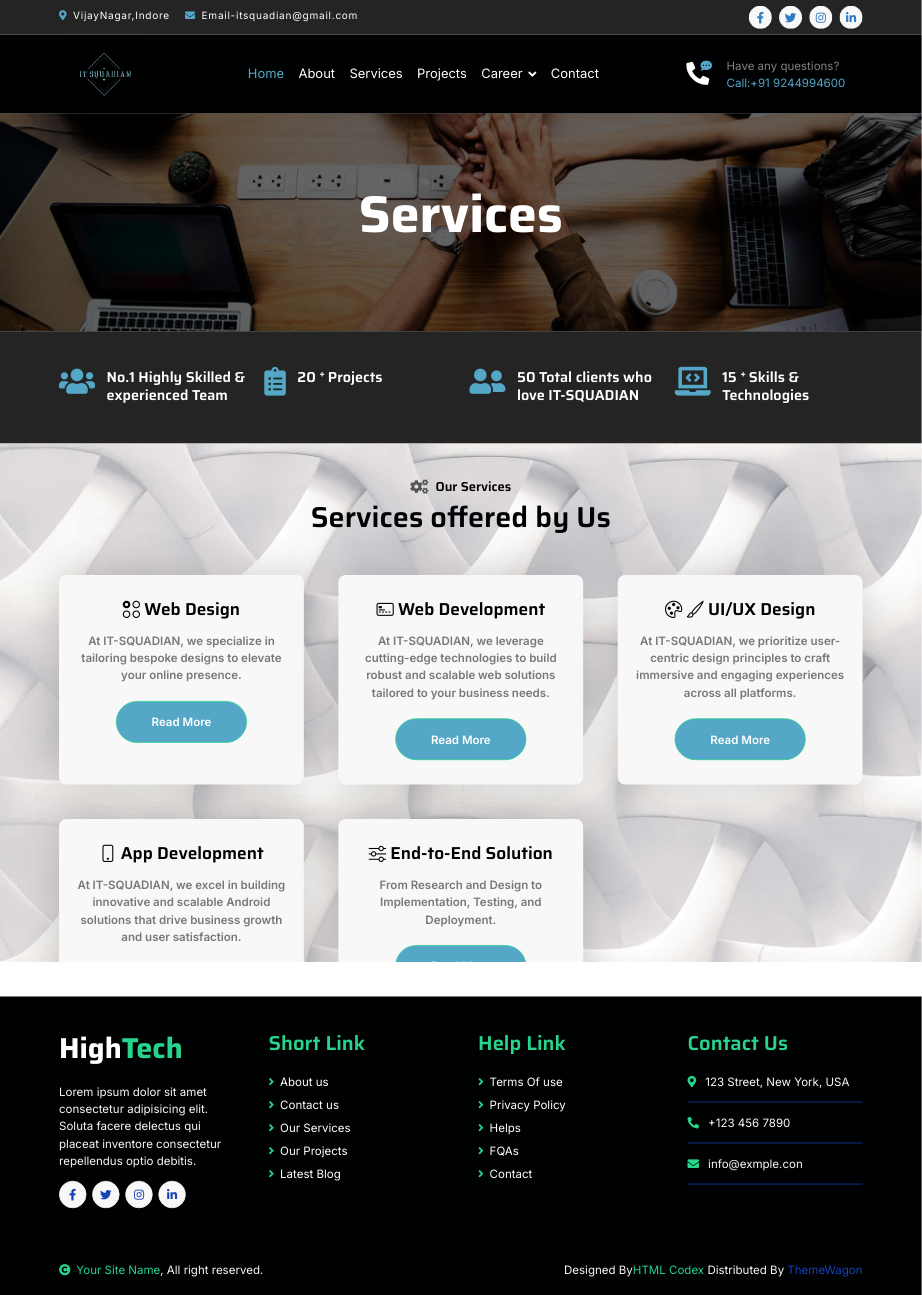
Repository: itsquadian/IT-SQUADIAN
Page: service.html
These files come from the project's save history. The page is drawn as it stood at one moment and after the next save; the edit follows.
The browser window is 1280 px wide. The pictures show the whole page, at 72% of full size.
An inner scrolling area shows only its first screen. Backgrounds fixed to the window are drawn as part of the page. Some web libraries are served in a nearby version.

Above is the page before, as saved 2024-04-13 18:40:21.

### service.html
<!DOCTYPE html>
<html lang="en">

    <head>
        <meta charset="utf-8">
        <title>HighTech - IT Solutions Website Template</title>
        <meta content="width=device-width, initial-scale=1.0" name="viewport">
        <meta content="" name="keywords">
        <meta content="" name="description">

        <!-- Google Web Fonts -->
        <link rel="preconnect" href="https://fonts.googleapis.com">
        <link rel="preconnect" href="https://fonts.gstatic.com" crossorigin>
        <link href="https://fonts.googleapis.com/css2?family=Inter:wght@400;500;600&family=Saira:wght@500;600;700&display=swap" rel="stylesheet">

        <!-- Icon Font Stylesheet -->
        <link href="https://cdnjs.cloudflare.com/ajax/libs/font-awesome/5.10.0/css/all.min.css" rel="stylesheet">
        <link href="https://cdn.jsdelivr.net/npm/bootstrap-icons@1.4.1/font/bootstrap-icons.css" rel="stylesheet">

        <!-- Libraries Stylesheet -->
        <link href="lib/animate/animate.min.css" rel="stylesheet">
        <link href="lib/owlcarousel/assets/owl.carousel.min.css" rel="stylesheet">

        <!-- Customized Bootstrap Stylesheet -->
        <link href="css/bootstrap.min.css" rel="stylesheet">

        <!-- Template Stylesheet -->
        <link href="css/style.css" rel="stylesheet">
    </head>

    <body>
       <!-- Spinner Start -->
       <div id="spinner" class="show position-fixed translate-middle w-100 vh-100 top-50 start-50 d-flex align-items-center justify-content-center">
        <div class="spinner-grow text-primary" role="status"></div>
    </div>
    <!-- Spinner End -->

    <!-- Topbar Start -->
    <div class="container-fluid  py-2 d-none d-md-flex" style="background-color: rgb(36, 36, 36);">
        <div class="container">
            <div class="d-flex justify-content-between topbar">
                <div class="top-info">
                    <small class="me-3 text-white"><a href="#"><i class="fas fa-map-marker-alt me-2 "style="color: #54a7c6 ;"></i></a>VijayNagar,Indore </small>
                    <small class="me-3 text-white"><a href="#"><i class="fas fa-envelope me-2 " style="color: #54a7c6 ;"></i></a>Email-itsquadian@gmail.com</small>
                </div>
                <div id="note" class="d-none d-xl-flex" style="color: #54a7c6 ;
                ;"><small>
                    "Note: Actively Hiring for Training and Internship"</small></div>
                <div class="top-link">
                    <a href="" class="bg-light nav-fill btn btn-sm-square rounded-circle"><i class="fab fa-facebook-f "style="color:#2d7cc4;
                        "></i></a>
                    <a href="" class="bg-light nav-fill btn btn-sm-square rounded-circle"><i class="fab fa-twitter "style="color: #2d7cc4;
                        "></i></a>
                    <a href="" class="bg-light nav-fill btn btn-sm-square rounded-circle"><i class="fab fa-instagram "style="color:#2d7cc4;
                        "></i></a>
                    <a href="" class="bg-light nav-fill btn btn-sm-square rounded-circle me-0"><i class="fab fa-linkedin-in "style="color: #2d7cc4;
                        "></i></a>
                </div>
            </div>
        </div>
    </div>
    <!-- Topbar End -->

    <!-- Navbar Start -->
    <div class="container-fluid bg-dark">
        <div class="container">
            <nav class="navbar navbar-dark navbar-expand-lg py-0">
                <a href="index.html" class="navbar-brand">
                    <img src="./img/logo.png" alt="" style="height: 100px">
                    <!-- <h1 class="text-white fw-bold d-block">IT-<span class="text-secondary">Squadian</span> </h1> -->
                </a>
                <button type="button" class="navbar-toggler me-0" data-bs-toggle="collapse" data-bs-target="#navbarCollapse">
                    <span class="navbar-toggler-icon"></span>
                </button>
                <div class="collapse navbar-collapse bg-transparent" id="navbarCollapse">
                    <div class="navbar-nav ms-auto mx-xl-auto p-0">
                        <a href="index.html" class="nav-item nav-link active" style="color: #54a7c6">Home</a>
                        <a href="about.html" class="nav-item nav-link">About</a>
                        <a href="service.html" class="nav-item nav-link">Services</a>
                        <a href="project.html" class="nav-item nav-link">Projects</a>
                        <div class="nav-item dropdown">
                            <a href="#" class="nav-link dropdown-toggle" data-bs-toggle="dropdown">Career</a>
                            <div class="dropdown-menu rounded">
                                <a href="blog.html" class="dropdown-item">Jobs</a>
                                <a href="team.html" class="dropdown-item">Internship</a>
                                <!-- <a href="testimonial.html" class="dropdown-item">Testimonial</a> -->
                                <!-- <a href="404.html" class="dropdown-item">404 Page</a> -->
                            </div>
                        </div>
                        <a href="contact.html" class="nav-item nav-link">Contact</a>
                    </div>
                </div>
                <div class="d-none d-xl-flex flex-shirink-0">
                    <div id="phone-tada" class="d-flex align-items-center justify-content-center me-4">
                        <a href="" class="position-relative animated tada infinite">
                            <i class="fa fa-phone-alt text-white fa-2x"></i>
                            <div class="position-absolute" style="top: -7px; left: 20px;">
                                <span><i class="fa fa-comment-dots "style="color: #54a7c6 "></i></span>
                            </div>
                        </a>
                    </div>
                    <div class="d-flex flex-column pe-4 ">
                        <span class="text-white-50">Have any questions?</span>
                        <span class="" style="color: #54a7c6 ">Call:+91 9244994600</span>
                    </div>
                    <!-- <div class="d-flex align-items-center justify-content-center ms-4 ">
                        <a href="#"><i class="bi bi-search text-white fa-2x"></i> </a>
                    </div> -->
                </div>
            </nav>
        </div>
    </div>
<!-- Navbar End -->


<!-- Page Header Start -->
<div class="container-fluid page-header py-5">
    <div class="container text-center py-5">
        <h1 class="display-2 text-white mb-4 animated slideInDown">Services</h1>
        <nav aria-label="breadcrumb animated slideInDown">
            <!-- <ol class="breadcrumb justify-content-center mb-0">
                <li class="breadcrumb-item"><a href="#">Home</a></li>
                <li class="breadcrumb-item"><a href="#">Pages</a></li>
                <li class="breadcrumb-item" aria-current="page">About</li>
            </ol> -->
        </nav>
    </div>
</div>
<!-- Page Header End -->


<!-- Fact Start -->
<div class="container-fluid  py-5" style="background-color: rgb(36, 36, 36)">
    <div class="container">
        <div class="row">
            <div class="col-lg-3 wow fadeIn" data-wow-delay=".1s">
                <div class="d-flex counter">
                    <h1 class="me-3" style="color: #54a7c6;"><i class="fas fa-users"></i></h1>

                    <h5 class="text-white mt-1">No.1 Highly Skilled & experienced  Team</h5>
                </div>
            </div>
            <div class="col-lg-3 wow fadeIn" data-wow-delay=".3s">
                <div class="d-flex counter">
                    <h1 class="me-3" style="color: #54a7c6;"><i class="fas fa-clipboard-list"></i></h1>
                    <h5 class="text-white mt-1">20 <sup> + </sup>Projects</h5>
                </div>
            </div>
            <div class="col-lg-3 wow fadeIn" data-wow-delay=".5s">
                <div class="d-flex counter">
                    <h1 class="me-3 " style="color: #54a7c6;"><i class="fas fa-user-friends"></i></h1>

                    <h5 class="text-white mt-1">50 Total clients who love IT-SQUADIAN</h5>
                </div>
            </div>
            <div class="col-lg-3 wow fadeIn" data-wow-delay=".7s">
                <div class="d-flex counter">
                    <h1 class="me-3 " style="color: #54a7c6;"><i class="fas fa-laptop-code"></i></h1>
                    <h5 class="text-white mt-1">15 <sup> + </sup>Skills & Technologies</h5>
                </div>
            </div>
        </div>
    </div>
</div>
<!-- Fact End -->

        <!-- Services Start -->
    <div class="container-fluid services py-5 mb-5" id="services-section">
        <!--
        <div class="container-fluid services py-5 mb-5"> -->
        <div class="container">
            <div class="text-center mx-auto pb-5 wow fadeIn" data-wow-delay=".3s" style="max-width: 600px;">
                <h5 class="text-dark"><i class="fas fa-cogs"></i> Our Services</h5>

                <h1>Services offered by Us</h1>
            </div>
            <div class="row g-5 services-inner">
                <div class="col-md-6 col-lg-4 wow fadeIn" data-wow-delay=".3s">
                    <div class="services-item bg-light">
                        <div class="p-4 text-center services-content">
                            <div class="services-content-icon">

                                <h4 class="mb-3"> <i class="bi bi-ui-radios-grid"></i> Web Design</h4>
                                <p class="mb-4"> <b> At IT-SQUADIAN, we specialize in tailoring bespoke designs to
                                        elevate your online presence.</b></p>
                                <a href="" class="btn btn-secondary text-white px-5 py-3 rounded-pill"
                                    style="background-color: #54a7c6;">Read More</a>
                            </div>
                        </div>
                    </div>
                </div>
                <div class="col-md-6 col-lg-4 wow fadeIn" data-wow-delay=".5s">
                    <div class="services-item bg-light">
                        <div class="p-4 text-center services-content">
                            <div class="services-content-icon">

                                <h4 class="mb-3"><i class="bi bi-credit-card-2-front"></i> Web Development</h4>
                                <p class="mb-4"><b>At IT-SQUADIAN, we leverage cutting-edge technologies to build robust
                                        and scalable web solutions tailored to your business needs.</b></p>
                                <a href="" class="btn btn-secondary text-white px-5 py-3 rounded-pill"
                                    style="background-color: #54a7c6;">Read More</a>
                            </div>
                        </div>
                    </div>
                </div>
                <div class="col-md-6 col-lg-4 wow fadeIn" data-wow-delay=".7s">
                    <div class="services-item bg-light">
                        <div class="p-4 text-center services-content">
                            <div class="services-content-icon">

                                <h4 class="mb-3"><i class="bi bi-palette"></i> <i class="bi bi-brush"></i> UI/UX Design
                                </h4>
                                <p class="mb-4"><b>At IT-SQUADIAN, we prioritize user-centric design principles to craft
                                        immersive and engaging experiences across all platforms.</b></p>
                                <a href="" class="btn btn-secondary text-white px-5 py-3 rounded-pill"
                                    style="background-color: #54a7c6;">Read More</a>
                            </div>
                        </div>
                    </div>
                </div>
                <div class="col-md-6 col-lg-4 wow fadeIn" data-wow-delay=".3s">
                    <div class="services-item bg-light">
                        <div class="p-4 text-center services-content">
                            <div class="services-content-icon">
                                <h4 class="mb-3"><i class="bi bi-phone"></i> App Development</h4>
                                <p class="mb-4"><b>At IT-SQUADIAN, we excel in building innovative and scalable Android
                                        solutions that drive business growth and user satisfaction.</b></p>
                                <a href="" class="btn btn-secondary text-white px-5 py-3 rounded-pill"
                                    style="background-color: #54a7c6;">Read More</a>
                            </div>

                        </div>
                    </div>
                </div>
                <div class="col-md-6 col-lg-4 wow fadeIn" data-wow-delay=".5s">
                    <div class="services-item bg-light">
                        <div class="p-4 text-center services-content">
                            <div class="services-content-icon">
                                <h4 class="mb-3"> <i class="bi bi-sliders"></i> End-to-End Solution</h4>
                                <p class="mb-4"><b> From Research and Design to Implementation, Testing, and
                                        Deployment.</b></p>
                                <a href="" class="btn btn-secondary text-white px-5 py-3 rounded-pill"
                                    style="background-color: #54a7c6;">Read More</a>
                            </div>
                        </div>
                    </div>
                </div>
                <!-- <div class="col-md-6 col-lg-4 wow fadeIn" data-wow-delay=".7s">
                        <div class="services-item bg-light">
                            <div class="p-4 text-center services-content">
                                <div class="services-content-icon">
                                    <i class="fas fa-laptop fa-7x mb-4 "  style="color: #54a7c6;"></i>
                                    <h4 class="mb-3">Programming</h4>
                                    <p class="mb-4">Lorem ipsum dolor sit amet elit. Sed efficitur quis purus ut interdum. Aliquam dolor eget urna ultricies tincidunt.</p>
                                    <a href="" class="btn btn-secondary text-white px-5 py-3 rounded-pill" style="background-color: #54a7c6;">Read More</a>
                                </div>
                            </div>
                        </div>
                    </div> -->
            </div>
        </div>
    </div>
    </div>
    <!-- Services End -->


        <!-- Footer Start -->
         <div class="container-fluid footer bg-dark wow fadeIn" data-wow-delay=".3s">
            <div class="container pt-5 pb-4">
                <div class="row g-5">
                    <div class="col-lg-3 col-md-6">
                        <a href="index.html">
                            <h1 class="text-white fw-bold d-block">High<span class="text-secondary">Tech</span> </h1>
                        </a>
                        <p class="mt-4 text-light">Lorem ipsum dolor sit amet consectetur adipisicing elit. Soluta facere delectus qui placeat inventore consectetur repellendus optio debitis.</p>
                        <div class="d-flex hightech-link">
                            <a href="" class="btn-light nav-fill btn btn-square rounded-circle me-2"><i class="fab fa-facebook-f text-primary"></i></a>
                            <a href="" class="btn-light nav-fill btn btn-square rounded-circle me-2"><i class="fab fa-twitter text-primary"></i></a>
                            <a href="" class="btn-light nav-fill btn btn-square rounded-circle me-2"><i class="fab fa-instagram text-primary"></i></a>
                            <a href="" class="btn-light nav-fill btn btn-square rounded-circle me-0"><i class="fab fa-linkedin-in text-primary"></i></a>
                        </div>
                    </div>
                    <div class="col-lg-3 col-md-6">
                        <a href="#" class="h3 text-secondary">Short Link</a>
                        <div class="mt-4 d-flex flex-column short-link">
                            <a href="" class="mb-2 text-white"><i class="fas fa-angle-right text-secondary me-2"></i>About us</a>
                            <a href="" class="mb-2 text-white"><i class="fas fa-angle-right text-secondary me-2"></i>Contact us</a>
                            <a href="" class="mb-2 text-white"><i class="fas fa-angle-right text-secondary me-2"></i>Our Services</a>
                            <a href="" class="mb-2 text-white"><i class="fas fa-angle-right text-secondary me-2"></i>Our Projects</a>
                            <a href="" class="mb-2 text-white"><i class="fas fa-angle-right text-secondary me-2"></i>Latest Blog</a>
                        </div>
                    </div>
                    <div class="col-lg-3 col-md-6">
                        <a href="#" class="h3 text-secondary">Help Link</a>
                        <div class="mt-4 d-flex flex-column help-link">
                            <a href="" class="mb-2 text-white"><i class="fas fa-angle-right text-secondary me-2"></i>Terms Of use</a>
                            <a href="" class="mb-2 text-white"><i class="fas fa-angle-right text-secondary me-2"></i>Privacy Policy</a>
                            <a href="" class="mb-2 text-white"><i class="fas fa-angle-right text-secondary me-2"></i>Helps</a>
                            <a href="" class="mb-2 text-white"><i class="fas fa-angle-right text-secondary me-2"></i>FQAs</a>
                            <a href="" class="mb-2 text-white"><i class="fas fa-angle-right text-secondary me-2"></i>Contact</a>
                        </div>
                    </div>
                    <div class="col-lg-3 col-md-6">
                        <a href="#" class="h3 text-secondary">Contact Us</a>
                        <div class="text-white mt-4 d-flex flex-column contact-link">
                            <a href="#" class="pb-3 text-light border-bottom border-primary"><i class="fas fa-map-marker-alt text-secondary me-2"></i> 123 Street, New York, USA</a>
                            <a href="#" class="py-3 text-light border-bottom border-primary"><i class="fas fa-phone-alt text-secondary me-2"></i> +123 456 7890</a>
                            <a href="#" class="py-3 text-light border-bottom border-primary"><i class="fas fa-envelope text-secondary me-2"></i> info@exmple.con</a>
                        </div>
                    </div>
                </div>
                <hr class="text-light mt-5 mb-4">
                <div class="row">
                    <div class="col-md-6 text-center text-md-start">
                        <span class="text-light"><a href="#" class="text-secondary"><i class="fas fa-copyright text-secondary me-2"></i>Your Site Name</a>, All right reserved.</span>
                    </div>
                    <div class="col-md-6 text-center text-md-end">
                        <!--/*** This template is free as long as you keep the footer author’s credit link/attribution link/backlink. If you'd like to use the template without the footer author’s credit link/attribution link/backlink, you can purchase the Credit Removal License from "https://htmlcodex.com/credit-removal". Thank you for your support. ***/-->
                        <span class="text-light">Designed By<a href="https://htmlcodex.com" class="text-secondary">HTML Codex</a> Distributed By <a href="https://themewagon.com">ThemeWagon</a></span>
                    </div>
                </div>
            </div>
        </div>
        <!-- Footer End -->


        <!-- Back to Top -->
        <a href="#" class="btn btn-secondary btn-square rounded-circle back-to-top"><i class="fa fa-arrow-up text-white"></i></a>


        <!-- JavaScript Libraries -->
        <script src="https://ajax.googleapis.com/ajax/libs/jquery/3.6.4/jquery.min.js"></script>
        <script src="https://cdn.jsdelivr.net/npm/bootstrap@5.0.0/dist/js/bootstrap.bundle.min.js"></script>
        <script src="lib/wow/wow.min.js"></script>
        <script src="lib/easing/easing.min.js"></script>
        <script src="lib/waypoints/waypoints.min.js"></script>
        <script src="lib/owlcarousel/owl.carousel.min.js"></script>

        <!-- Template Javascript -->
        <script src="js/main.js"></script>
    </body>

</html>

Loaded but not shown: lib/animate/animate.min.css (library); lib/owlcarousel/assets/owl.carousel.min.css (common file); css/bootstrap.min.css (library); lib/wow/wow.min.js (library); lib/easing/easing.min.js (common file); lib/waypoints/waypoints.min.js (library); lib/owlcarousel/owl.carousel.min.js (library); js/main.js (127 lines, source omitted); css/style.css (721 lines, source omitted)

After the next save:
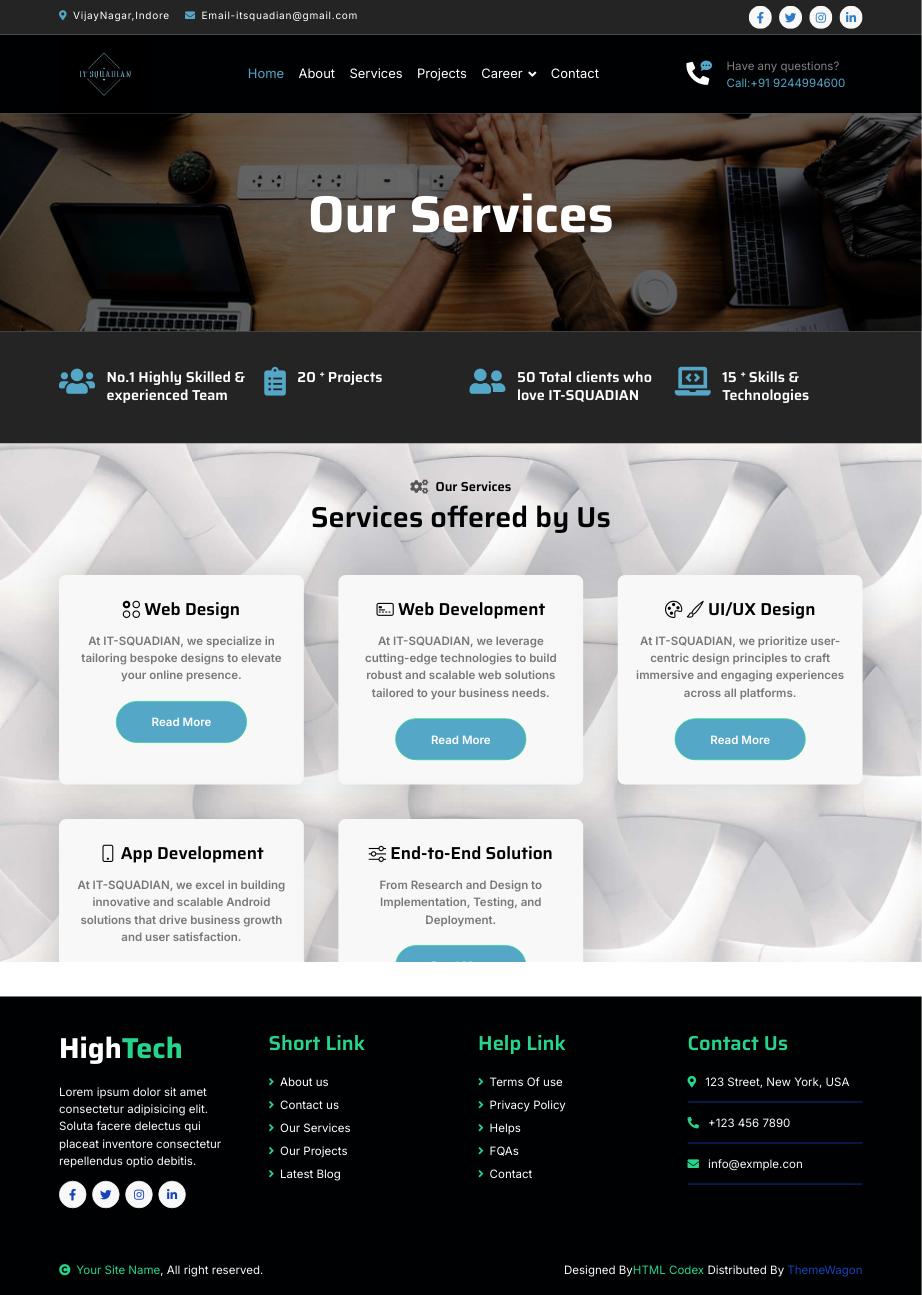
Saved 17 s later.
--- a/service.html
+++ b/service.html
@@ -116,7 +116,7 @@
 <!-- Page Header Start -->
 <div class="container-fluid page-header py-5">
     <div class="container text-center py-5">
-        <h1 class="display-2 text-white mb-4 animated slideInDown">Services</h1>
+        <h1 class="display-2 text-white mb-4 animated slideInDown">Our Services</h1>
         <nav aria-label="breadcrumb animated slideInDown">
             <!-- <ol class="breadcrumb justify-content-center mb-0">
                 <li class="breadcrumb-item"><a href="#">Home</a></li>
